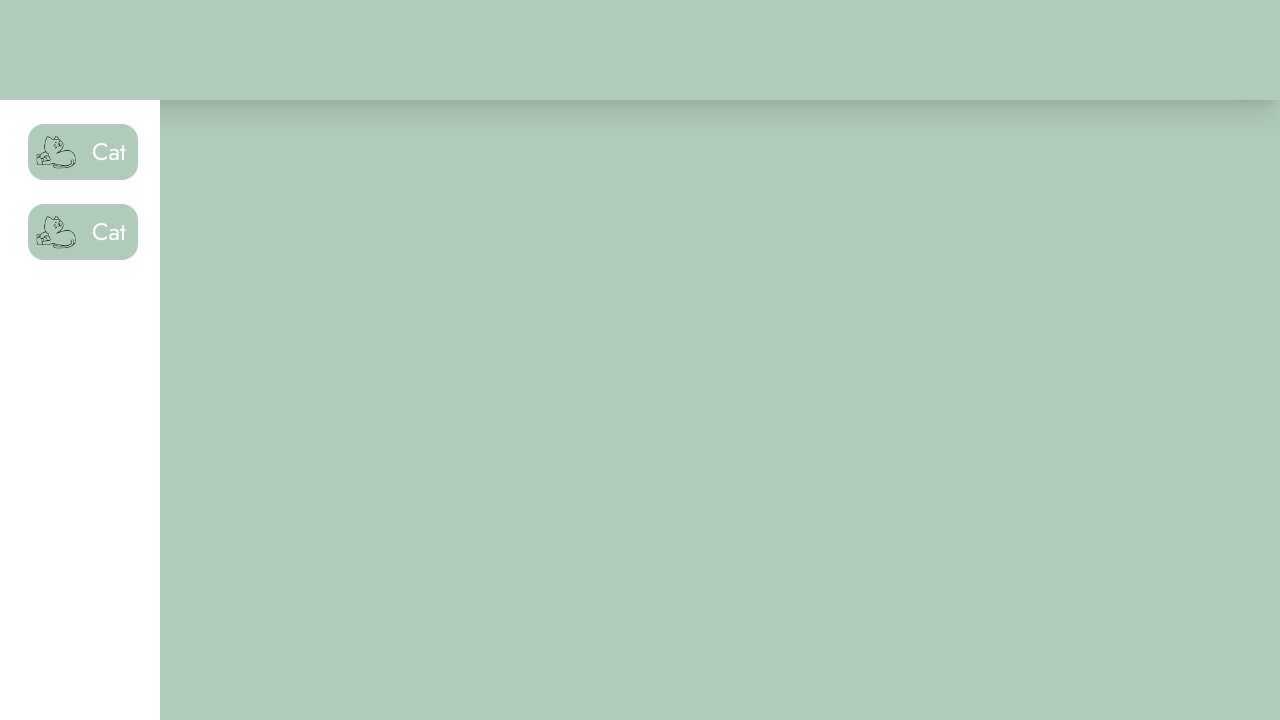
Repository: batu-call/batu-petshop
Page: /main (app in petshopp-appAdmin/admin/)
The author's editor kept a copy of each file at every save. The page is drawn from the files as they stood at one save, then again after the next save.
The browser window is 1280 px wide. The pictures show the whole page.
The project was rebuilt for these pictures with package versions that can differ from the ones it lists, and the page was loaded fresh each time. The framework's server and built-in components were replaced by stand-ins that run in the browser. Also part of the build but not shown: petshopp-appAdmin/admin/next.config.ts.

Above is the page before, as saved 2025-09-19 02:16:26.

After the next save:
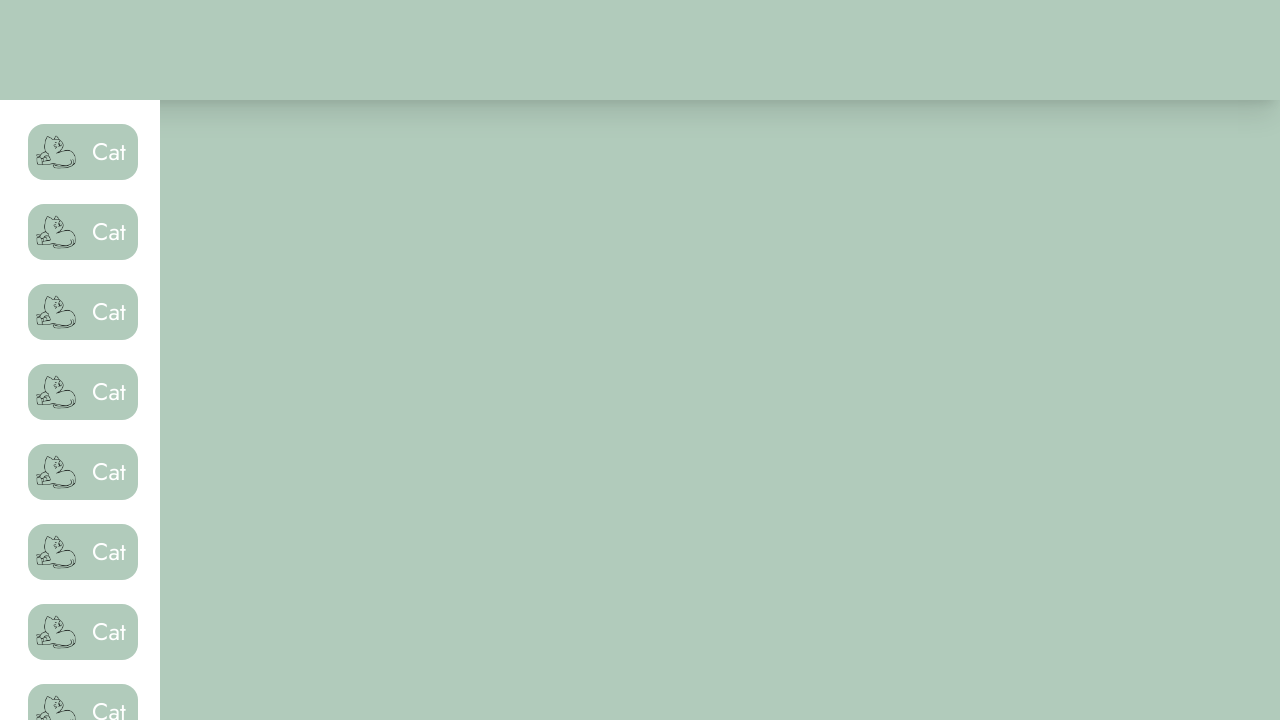
Saved 52 s later.
--- a/petshopp-appAdmin/admin/src/app/main/controller/Main.tsx
+++ b/petshopp-appAdmin/admin/src/app/main/controller/Main.tsx
@@ -26,6 +26,86 @@ const Main = () => {
        <h2 className='text-2xl text-jost text-white p-1'>Cat</h2>
       </div>
       </div>
+      {/* Dog */}
+       <div className='bg-primary inline-block p-2 items-center mt-6 ml-7 rounded-2xl'>
+        <div className='flex gap-3 items-center justify-center'>
+       <Image src="/cat_7721779.png" alt='cat-image'
+       height={40}
+       width={40}
+       />
+       <h2 className='text-2xl text-jost text-white p-1'>Cat</h2>
+      </div>
+      </div>
+      {/* Dog */}
+       <div className='bg-primary inline-block p-2 items-center mt-6 ml-7 rounded-2xl'>
+        <div className='flex gap-3 items-center justify-center'>
+       <Image src="/cat_7721779.png" alt='cat-image'
+       height={40}
+       width={40}
+       />
+       <h2 className='text-2xl text-jost text-white p-1'>Cat</h2>
+      </div>
+      </div>
+      {/* Dog */}
+       <div className='bg-primary inline-block p-2 items-center mt-6 ml-7 rounded-2xl'>
+        <div className='flex gap-3 items-center justify-center'>
+       <Image src="/cat_7721779.png" alt='cat-image'
+       height={40}
+       width={40}
+       />
+       <h2 className='text-2xl text-jost text-white p-1'>Cat</h2>
+      </div>
+      </div>
+      {/* Dog */}
+       <div className='bg-primary inline-block p-2 items-center mt-6 ml-7 rounded-2xl'>
+        <div className='flex gap-3 items-center justify-center'>
+       <Image src="/cat_7721779.png" alt='cat-image'
+       height={40}
+       width={40}
+       />
+       <h2 className='text-2xl text-jost text-white p-1'>Cat</h2>
+      </div>
+      </div>
+      {/* Dog */}
+       <div className='bg-primary inline-block p-2 items-center mt-6 ml-7 rounded-2xl'>
+        <div className='flex gap-3 items-center justify-center'>
+       <Image src="/cat_7721779.png" alt='cat-image'
+       height={40}
+       width={40}
+       />
+       <h2 className='text-2xl text-jost text-white p-1'>Cat</h2>
+      </div>
+      </div>
+      {/* Dog */}
+       <div className='bg-primary inline-block p-2 items-center mt-6 ml-7 rounded-2xl'>
+        <div className='flex gap-3 items-center justify-center'>
+       <Image src="/cat_7721779.png" alt='cat-image'
+       height={40}
+       width={40}
+       />
+       <h2 className='text-2xl text-jost text-white p-1'>Cat</h2>
+      </div>
+      </div>
+      {/* Dog */}
+       <div className='bg-primary inline-block p-2 items-center mt-6 ml-7 rounded-2xl'>
+        <div className='flex gap-3 items-center justify-center'>
+       <Image src="/cat_7721779.png" alt='cat-image'
+       height={40}
+       width={40}
+       />
+       <h2 className='text-2xl text-jost text-white p-1'>Cat</h2>
+      </div>
+      </div>
+      {/* Dog */}
+       <div className='bg-primary inline-block p-2 items-center mt-6 ml-7 rounded-2xl'>
+        <div className='flex gap-3 items-center justify-center'>
+       <Image src="/cat_7721779.png" alt='cat-image'
+       height={40}
+       width={40}
+       />
+       <h2 className='text-2xl text-jost text-white p-1'>Cat</h2>
+      </div>
+      </div>
     </div>
     </div>
   )
